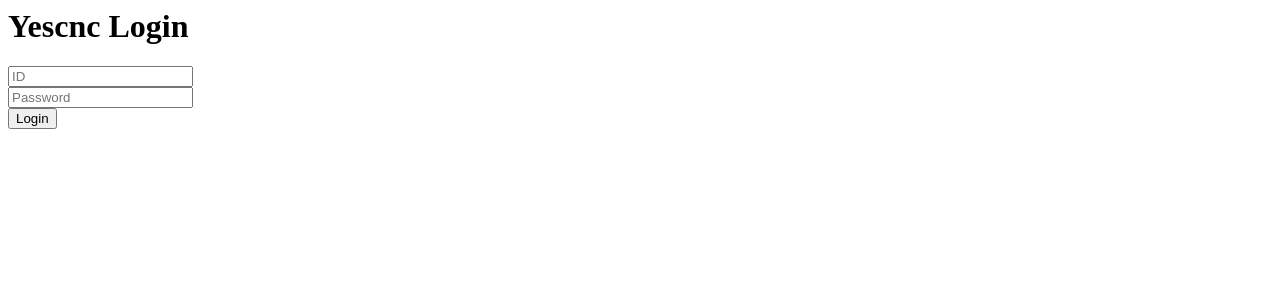
Repository: jkkang-somma/saram_20170803
Page: public/templates/loginTemplate.html
The author's editor kept a record of every edit. The page is drawn from the files as they stood at one moment, then again after the next edit.
The browser window is 1280 px wide. The pictures show the whole page.

Above is the page before.

### public/templates/loginTemplate.html
<div class="panel panel-default login-form-section animated bounceIn">
    <div class="panel-header">
        <h1>Yescnc Login</h1>
    </div>
    <div class="panel-body">
        <form role="form">
            <div class="form-group">
                <div class="input-group login-input">
                    <span class="input-group-addon">
                          <span class="glyphicon glyphicon-user"></span>
                    </span>
                    <input type="text" class="form-control" id="loginIdTextbox" placeholder="ID" name="id">
                </div>
            </div>
            <div class="form-group">
                <div class="input-group login-input">
                    <span class="input-group-addon">
                          <span class="glyphicon glyphicon-lock"></span>
                    </span>
                    <input type="password" class="form-control" id="loginPasswordTextbox" placeholder="Password" name="password">
                </div>
            </div>
            <button class="btn btn-sm btn-success pull-right login-button login-btn" id="loginbtn" data-loading-text="<div class='spinIcon'>Login...</div>">Login <span class="glyphicon glyphicon-chevron-right" style="top: 2px;"></span> </td>
        </form>
    </div>
</div>

After the next edit:
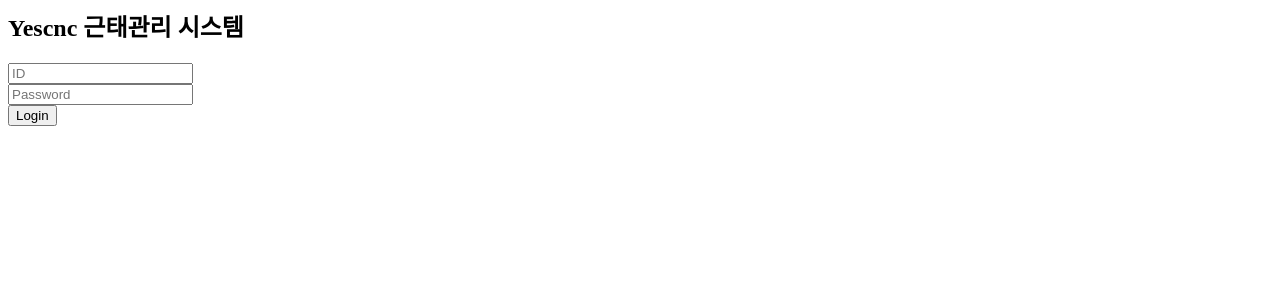
The edit:
--- a/public/templates/loginTemplate.html
+++ b/public/templates/loginTemplate.html
@@ -1,6 +1,6 @@
 <div class="panel panel-default login-form-section animated bounceIn">
     <div class="panel-header">
-        <h1>Yescnc Login</h1>
+        <h2>Yescnc 근태관리 시스템</h2>
     </div>
     <div class="panel-body">
         <form role="form">
